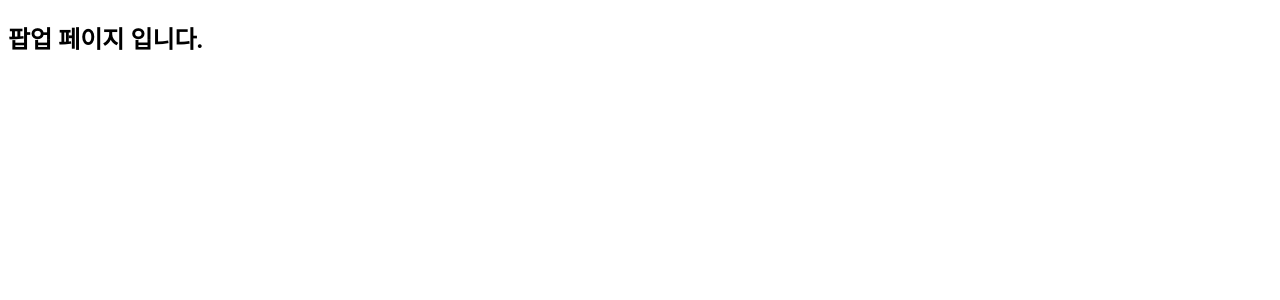
Repository: cheez0909/JSP
Page: http://localhost/1103/cookie/cookiePopupAction.jsp
The author's editor kept a copy of each file at every save. The page is drawn from the files as they stood at one save, then again after the next save.
The browser window is 1280 px wide. The pictures show the whole page.
The page is served by Tomcat 9. Other server files are loaded and not shown.

Above is the page before, as saved 2023-11-03 03:24:17.

### 1103/src/main/webapp/cookie/cookiePopupAction.jsp
<%@page import="com.momo.utils.CookieManager"%>
<%@ page language="java" contentType="text/html; charset=UTF-8"
    pageEncoding="UTF-8"%>
<!DOCTYPE html>
<html>
<head>
<meta charset="UTF-8">
<title>Insert title here</title>
</head>
<body>

<h2>팝업 페이지 입니다.</h2>

<%
	// inactiveToday값을 출력 해봅니다.

	CookieManager.makeCookie(response, "name", "value", 3000);
%>
</body>
</html>

### 1103/src/main/java/com/momo/utils/CookieManager.java
package com.momo.utils;

import javax.servlet.http.Cookie;
import javax.servlet.http.HttpServletRequest;
import javax.servlet.http.HttpServletResponse;


public class CookieManager {

	public CookieManager() {
	}

	/**
	 * 	쿠키를 생성 후 응답 객체에 저장
	 *
	 *	응답객체에 저장 후 요청객체에 겟
	 *	쿠키 이름, 쿠키 값, 시간
	 *
	 *	사용자에게 응답하기 위해서
	 *	응답객체를 매개변수로 전달 받는다.
	 *
	**/

	public static void makeCookie(
		HttpServletResponse response
		, String name
		, String value
		, int time) {
		// 쿠키 생성
		Cookie cookies = new Cookie(name, value);

		// 유지기간 설정
		cookies.setMaxAge(time);

		// 응답객체에 저장
		response.addCookie(cookies);
		}



	/**
	 *
	 * 쿠키 값 가져오기
	 *
	 * 요청 객체
	 * 쿠키 아이디
	 * 쿠키 밸류
	 *
	 *
	 */



	public static String getCookieValue(HttpServletRequest request, String name) {

		Cookie[] cookies = request.getCookies();

		// 쿠키가 하나도 저장되어 있지 않은 경우 getCookies 메서드를 호출하면 null을 반환

		if(cookies!=null) {
			for(Cookie num : cookies) {
				if(num.getName().equals(name)) {
					return num.getValue();
				}
			}
		}
		return "";
	}

	/*
	 * 쿠키 삭제
	 * 똑같은 이름의 쿠키를 저장하고
	 * 시간을 0으로 준다
	 */

//	public static void deleteCookie(HttpServletResponse response, HttpServletRequest request, String name) {
//			Cookie[] cookies = request.getCookies();
//
//			if(cookies!=null) {
//				for(Cookie num : cookies) {
//					if(num.getName().equals(name)) {
//						num.setMaxAge(0);
//						response.addCookie(num);
//					}
//				}
//			}
//	}


	public static void deleteCookies(HttpServletResponse response, String name) {
		makeCookie(response, name, null, 0);
	}

}

### 1103/src/main/webapp/cookie/cookiePopupMain.jsp
<%@page import="com.momo.utils.CookieManager"%>
<%@ page language="java" contentType="text/html; charset=UTF-8"
    pageEncoding="UTF-8"%>
<!DOCTYPE html>
<html>
<head>
<meta charset="UTF-8">
<title>Insert title here</title>
<style>
    div#popup {
        position: absolute; top:100px; left:50px; color:yellow;
        width:270px; height:100px; background-color:gray;
    }
    div#popup>div {
        position: relative; background-color:#ffffff; top:0px;
        border:1px solid gray; padding:10px; color:black;
    }
</style>
</head>
<body>

<h2>쿠키를 이용한 팝업창 제어 ver 1.0 </h2>

<script>
// window객체의 onload이벤트가 발생하면 html요소가 모두 생성된 상태에서 실행
//(if window.onload = function(){}실행 안했을 때 : 생성되지 않은 상태에서 실행하면 undefined상태가 됨)
// 페이지를 모두 그리고 설명

window.onload = function(){

	// 버튼에 이벤트 추가
	// 버튼의 id값
	closeBtn.onclick = function(){
		// alert('팝업창을 닫습니다.');

		// 체크박스가 체크되어 있으면 쿠키를 생성하는 페이지를 호출!
		// 체크박스가 선택되었습니다 메세지를 출력하세요.
		if(document.querySelector('#inactiveToday').checked){
			alert('하루동안 열리지 않습니다.');
			//location.href= "cookiePopupAction.jsp";

			// 서버 요청 방법
			// 1. href
			// 2. form submit
			// form의 요소들을 가지고 이동
			cookiePopup.submit();

		}
		popup.style.display='none';
	}

	//inactiveToday.onclick = function(){
	//	alert('체크박스가 선택되었습니다.');
	//}

}
</script>

<!--
	1. 닫기 버튼을 클릭하면 cookiePopupAction.jsp 파일을 호출
		- 쿠키를 생성

	2. 팝업닫힘쿠키가 생성이 되어 있다면, 더이상 팝업창을 보여주지 않도록 처리
 -->


<form action="cookiePopupAction.jsp" name="cookiePopup">
	<div id="popup">
		<h2 align="center">공지사항 입니다.</h2>
		<div align="right">

			<input type="checkbox" id="inactiveToday" value="1" checked />
			하루 동안 열지 않음
			<input type="button" value="닫기" id="closeBtn" />

		</div>
	</div>
</form>

</body>
</html>

After the next save:
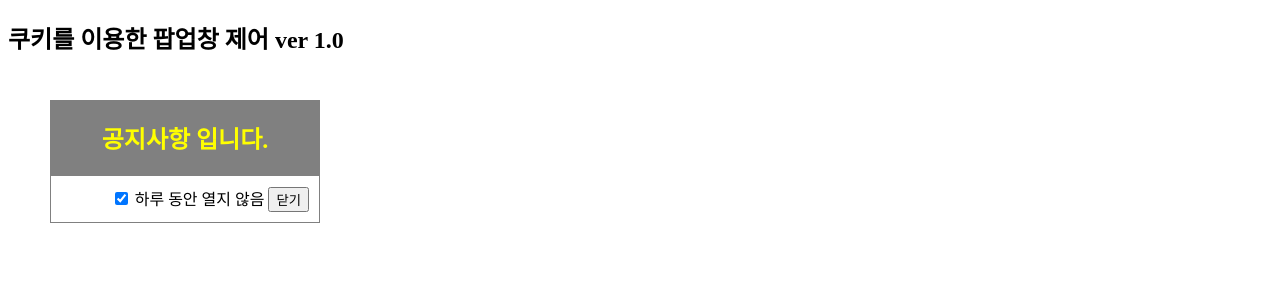
Saved 116 s later.
--- a/1103/src/main/webapp/cookie/cookiePopupAction.jsp
+++ b/1103/src/main/webapp/cookie/cookiePopupAction.jsp
@@ -15,6 +15,8 @@
 	// inactiveToday값을 출력 해봅니다.
 
 	CookieManager.makeCookie(response, "name", "value", 3000);
+	request.getRequestDispatcher("cookiePopupMain.jsp")
+	.forward(request, response);
 %>
 </body>
 </html>
